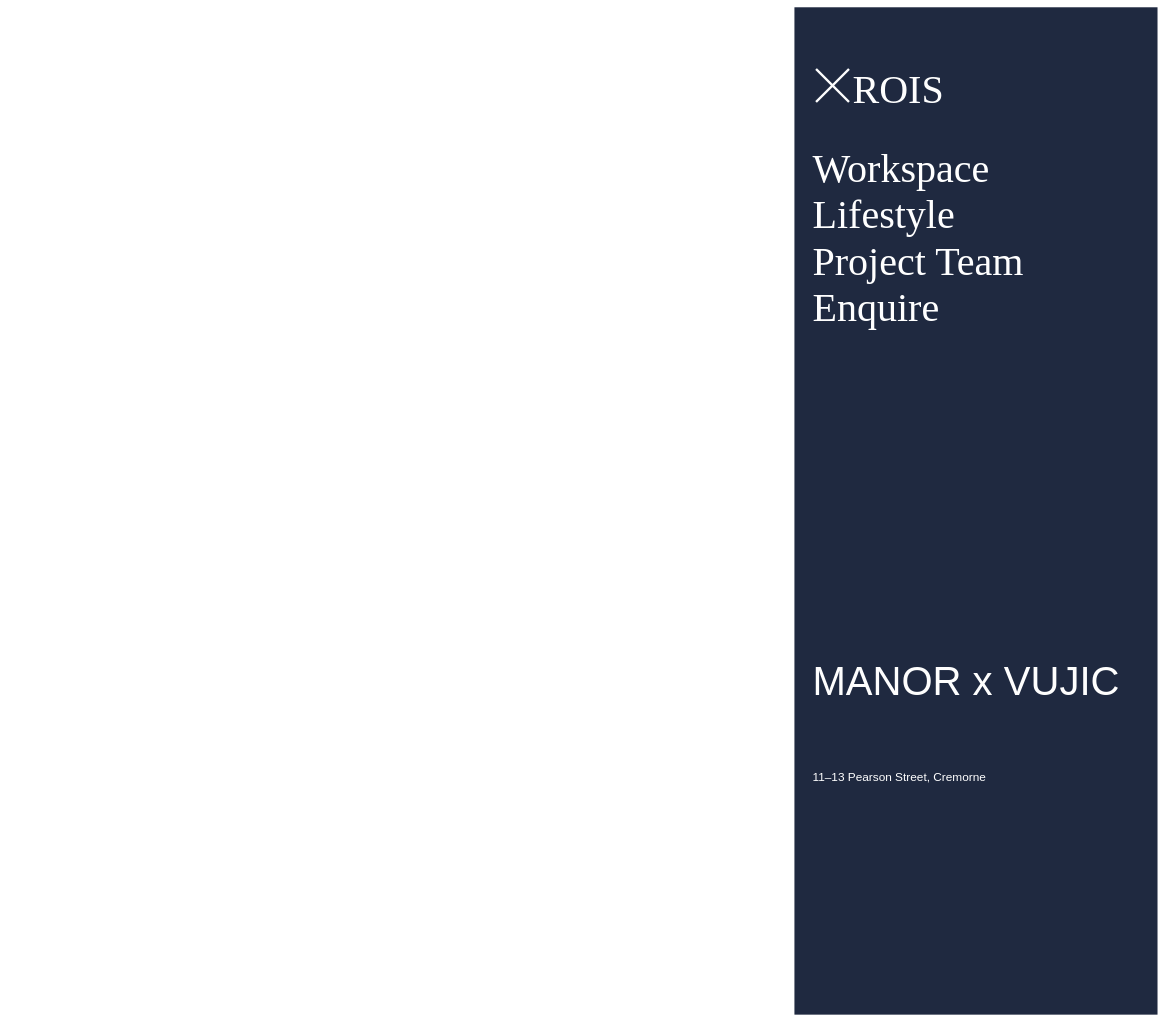
Repository: ThanhMai6507/Rois-Landing-Page
Page: index.html
The author's editor kept a copy of each file at every save. The page is drawn from the files as they stood at one save, then again after the next save.
The browser window is 1280 px wide. The pictures show the whole page, at 91% of full size.

Above is the page before, as saved 2022-10-31 11:11:19.

### index.html
<!DOCTYPE html>
<html lang="en">
<head>
    <meta charset="UTF-8">
    <meta http-equiv="X-UA-Compatible" content="IE=edge">
    <meta name="viewport" content="width=device-width, initial-scale=1.0">
    <link rel="stylesheet" href="./style.css">
    <link rel="stylesheet" href="css/themify-icons.css">
    <title>Document</title>
</head>
<body>
    <div class="main">
        <div class="first_page">
            <div class="menu">
                <p class="title ti-close">ROIS</p>
                <div class="list">
                    <a href="" class="menu-item">Workspace</a><br>
                    <a href="" class="menu-item">Lifestyle</a><br>
                    <a href="" class="menu-item">Project Team</a><br>
                    <a href="" class="menu-item">Enquire</a><br>
                </div>
                <footer class="menu-footer">
                    <p>MANOR x VUJIC</p>
                    <a href="">11–13 Pearson Street, Cremorne</a>
                </footer>
            </div>
        </div>
    </div>
</body>
</html>

### style.css
.first_page {
    width: 100%;
    height: 1087px;
    background-color: #fff;
    position: relative;
    display: flex;
    justify-content: end;
}

.menu {
    position: absolute;
    width: 30%;
    height: 1087px;
    background-color: #1F2940;
    color: #FEFEFE;
    padding-left: 20px;
    padding-top: 20px;
    font-family: 'Times New Roman', Times, serif;
    font-size: 44px;
}

.menu-list {
    line-height: 2;
}

a {
    text-decoration: none;
    color: #fff;
    margin-bottom: 5px;
}

footer {
    margin-top: 95%;
    font-family: Arial, Helvetica, sans-serif;
}

footer p {
    font-size: 44px;
}

footer a {
    font-size: 13px;
}

Loaded but not shown: asset/themify-icons/themify-icons.css (common file)

After the next save:
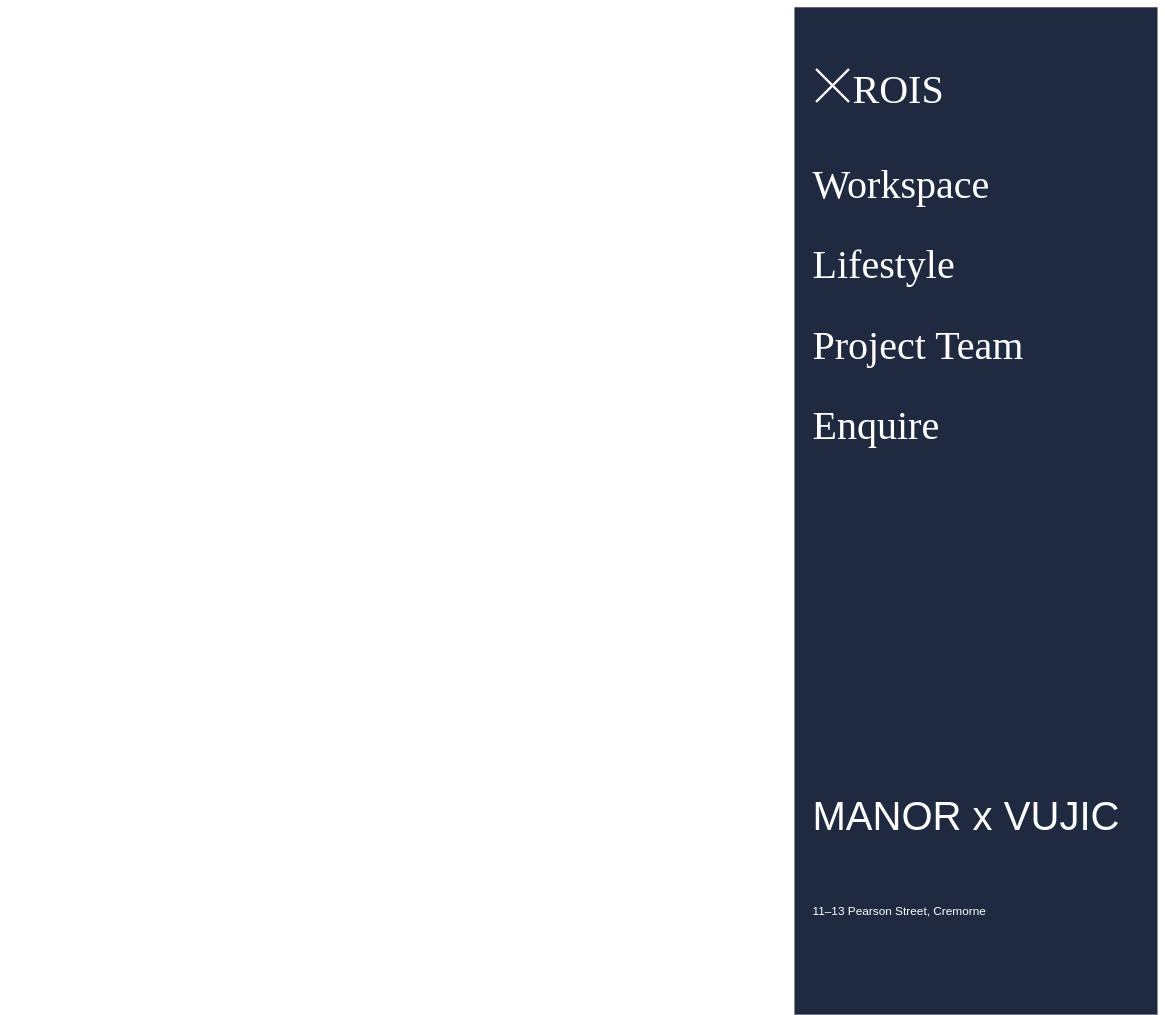
Saved 32 s later.
--- a/index.html
+++ b/index.html
@@ -13,7 +13,7 @@
         <div class="first_page">
             <div class="menu">
                 <p class="title ti-close">ROIS</p>
-                <div class="list">
+                <div class="menu-list">
                     <a href="" class="menu-item">Workspace</a><br>
                     <a href="" class="menu-item">Lifestyle</a><br>
                     <a href="" class="menu-item">Project Team</a><br>
